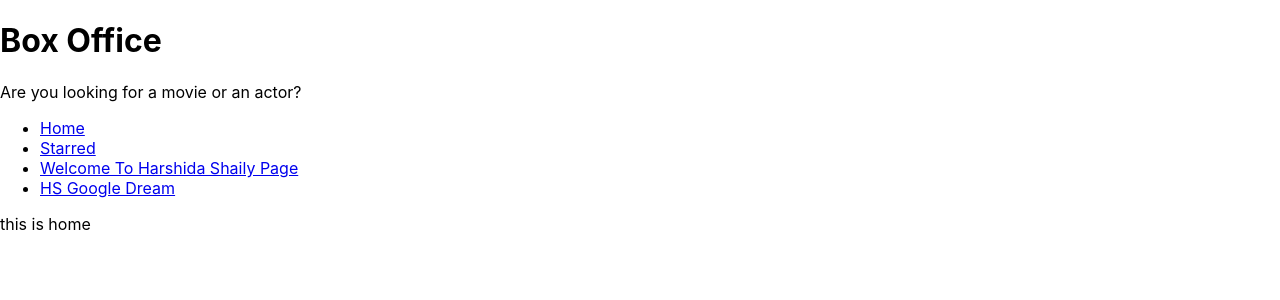
Repository: HARSHIDA18/box-office
Page: /
These files come from the project's save history. The page is drawn as it stood at one moment and after the next save; the edit follows.
The browser window is 1280 px wide. The pictures show the whole page.
The project was rebuilt for these pictures with package versions that can differ from the ones it lists, and the page was loaded fresh each time. A package was used in the major version that the imports need, not the one package.json lists. Also part of the build but not shown: src/pages/Starred.js. Imported but missing from the stored project, and not drawn on this page: src/serviceWorkerRegistration.

Above is the page before, as saved 2022-06-17 00:55:05.

After the next save:
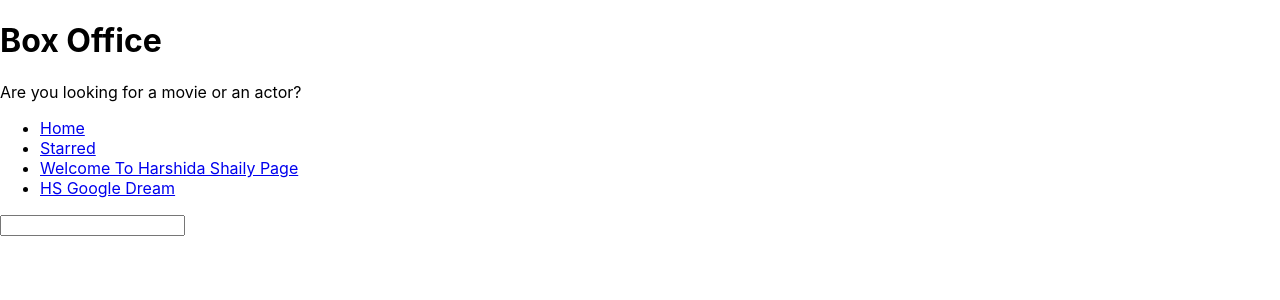
Saved 51 min 50 s later.
--- a/src/pages/Home.js
+++ b/src/pages/Home.js
@@ -2,7 +2,11 @@ import React from 'react';
 import MainPageLayout from '../components/MainPageLayout';
 
 function Home() {
-  return <MainPageLayout>this is home</MainPageLayout>;
+  return (
+    <MainPageLayout>
+      <input type="text" />
+    </MainPageLayout>
+  );
 }
 
 export default Home;
